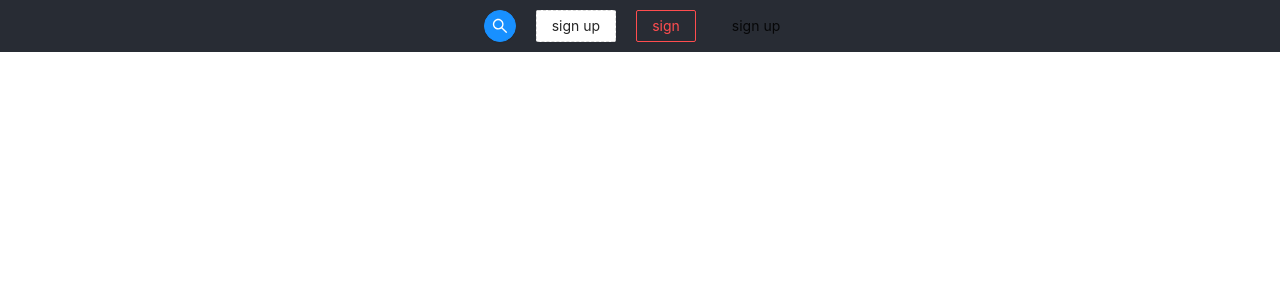
Repository: ErosHai/antd-demo
Page: /
The author's editor kept a copy of each file at every save. The page is drawn from the files as they stood at one save, then again after the next save.
The browser window is 1280 px wide. The pictures show the whole page.
The project was rebuilt for these pictures with package versions that can differ from the ones it lists, and the page was loaded fresh each time.

Above is the page before, as saved 2022-04-12 14:03:31.

After the next save:
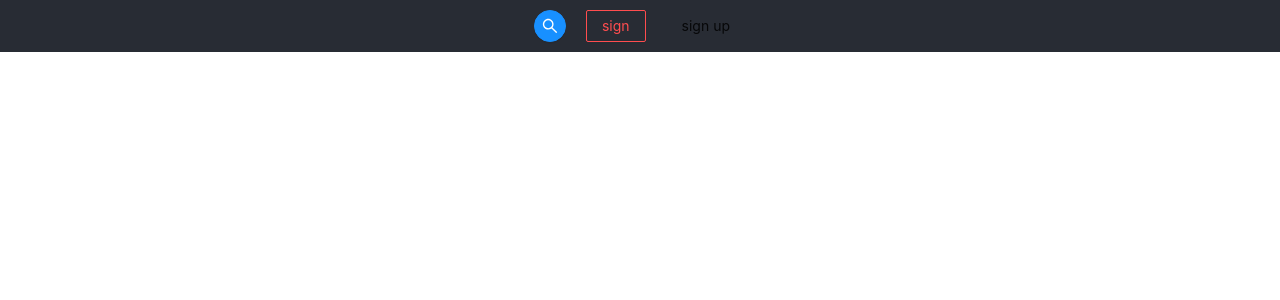
Saved 29 s later.
--- a/src/App.js
+++ b/src/App.js
@@ -11,7 +11,6 @@ function App() {
 					shape="circle"
 					icon={<SearchOutlined />}
 				></Button>
-				<Button type="dashed">sign up</Button>
 			</Tooltip>
 			<Button type="default" ghost danger>
 				sign
